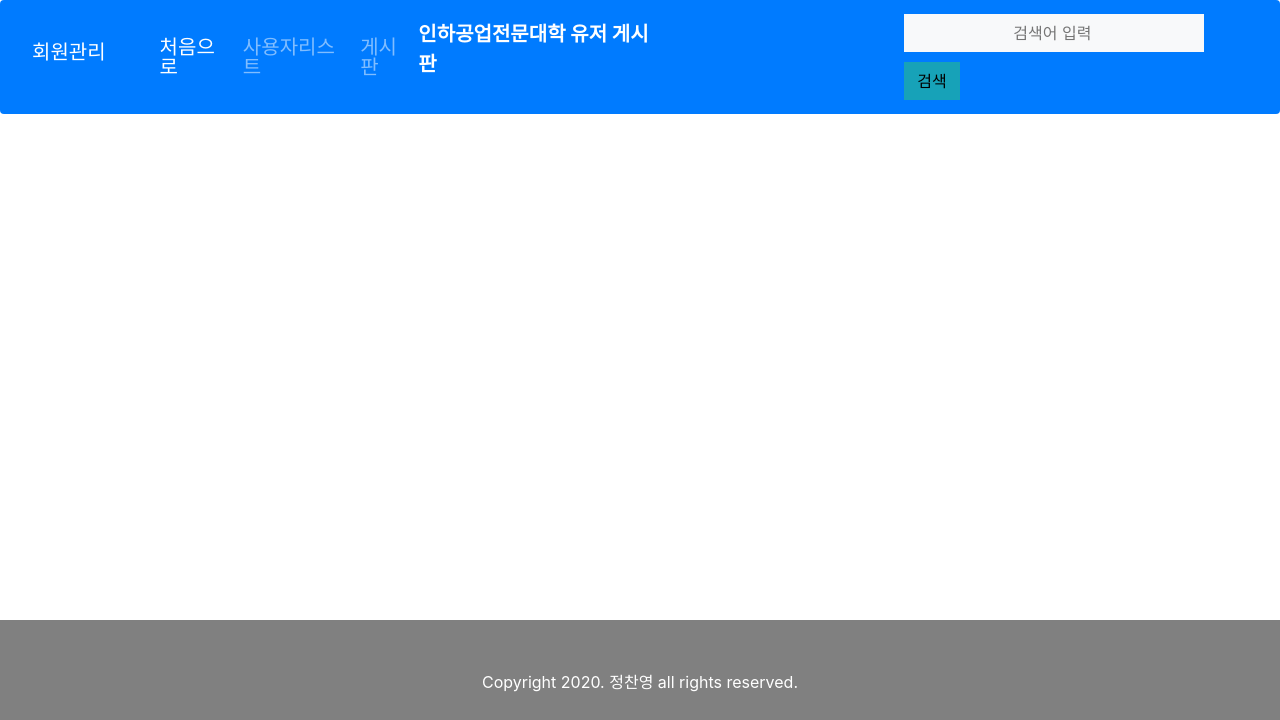
Repository: 201645032/IoTServerFrameWork
Page: http://localhost/layout/default
The author's editor kept a copy of each file at every save. The page is drawn from the files as they stood at one save, then again after the next save.
The browser window is 1280 px wide. The pictures show the whole page.
Some web fonts or font styles are not loaded; a fallback is used. The page is this project's Thymeleaf template; nobody is signed in. The template is opened directly, without the code that normally fills it, so the values that code supplies are empty.

Above is the page before, as saved 2020-06-11 06:02:20.

After the next save:
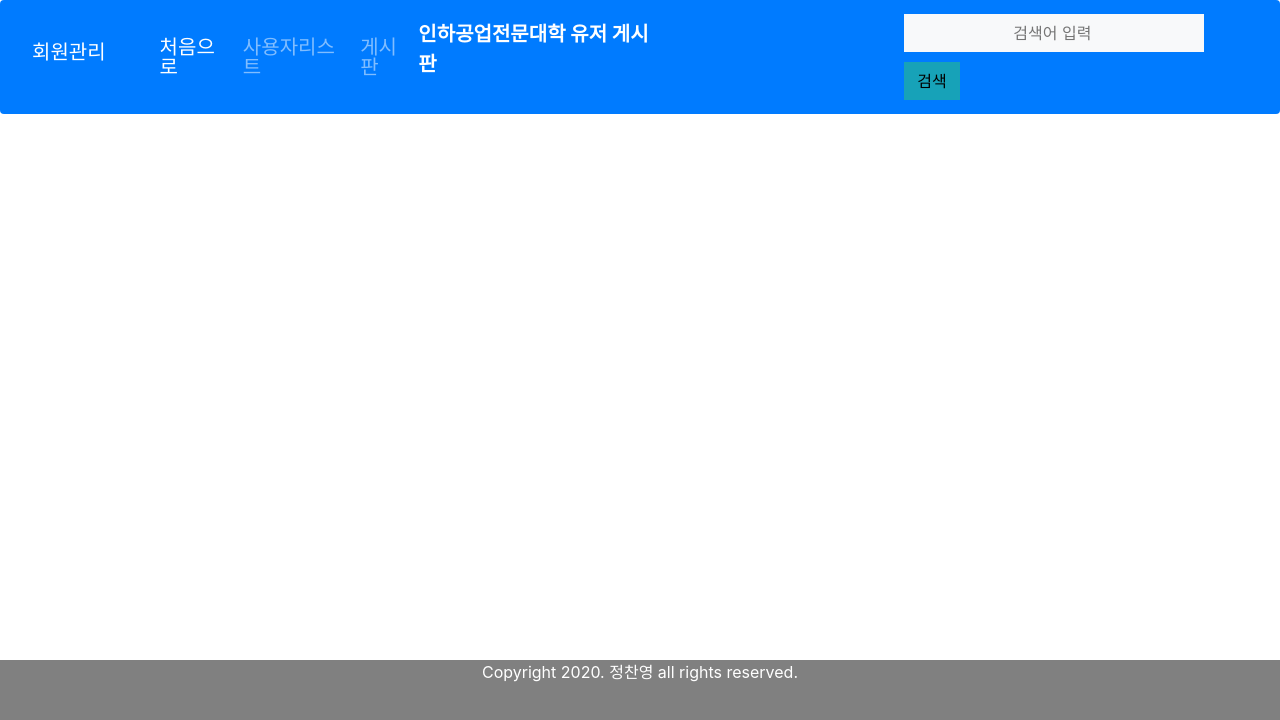
Saved 4 s later.
--- a/MyProject/src/main/resources/templates/layout/default.html
+++ b/MyProject/src/main/resources/templates/layout/default.html
@@ -6,7 +6,7 @@
 left: 0;
 right: 0;
 text-align:center;
-padding:50px;
+padding:-50px;
 }
 
 #navbarSupportedContent{
